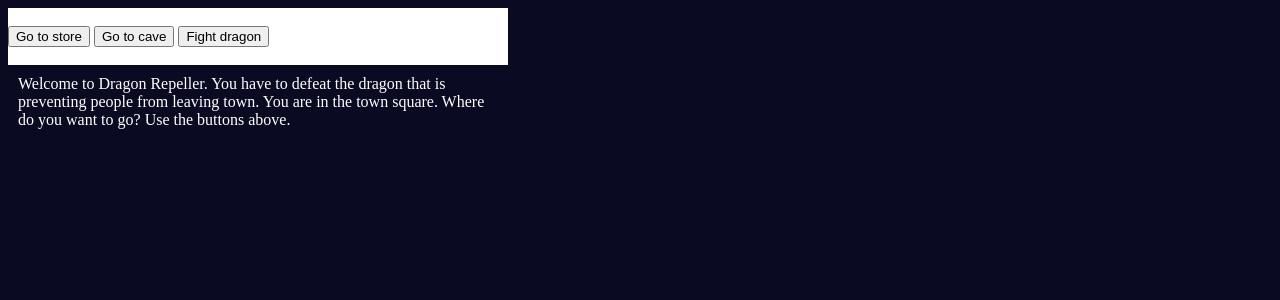
Repository: Lungdjos/role_playing_game
Page: index.html
These files come from the project's save history. The page is drawn as it stood at one moment and after a run of saves; the edit follows.
The browser window is 1280 px wide. The pictures show the whole page.

Above is the page before, as saved 2024-02-06 23:32:45.

After the next 3 saves:
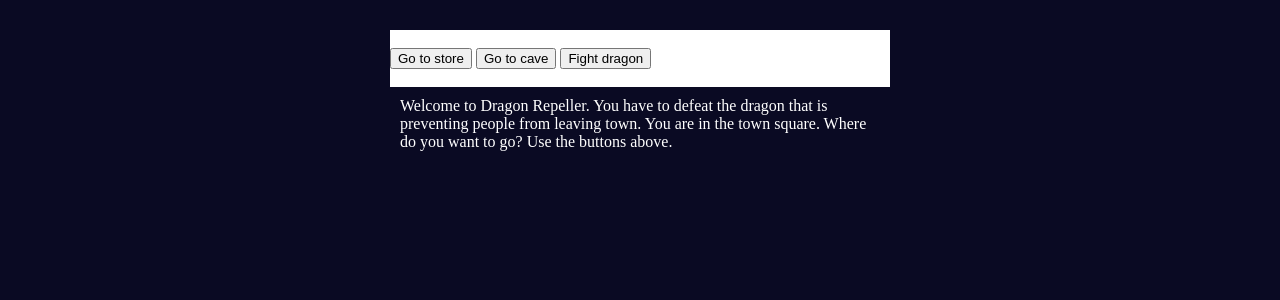
The 3 saves are shown as one change because they came seconds apart.
The last was saved 10 s later.
--- a/styles.css
+++ b/styles.css
@@ -21,5 +21,5 @@ body {
     color: #fff;
     max-width: 500px;
     max-height: 400px;
-    margin: ;
+    margin: 30px auto 0 auto;
 }
